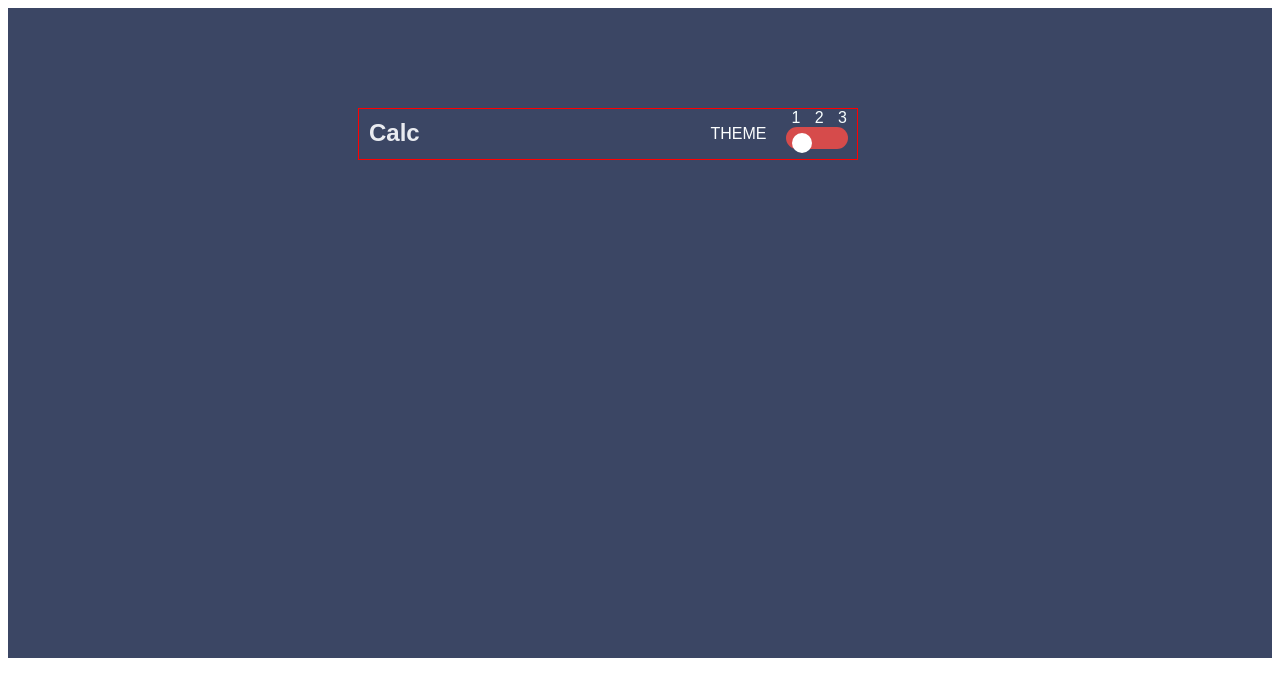
Repository: Bakyproit/Calcutor
Page: SimpleCalculatorApp.html
These files come from the project's save history. The page is drawn as it stood at one moment and after a run of saves; the edit follows.
The browser window is 1280 px wide. The pictures show the whole page.

Above is the page before, as saved 2022-02-09 15:44:55.

After the next 2 saves:
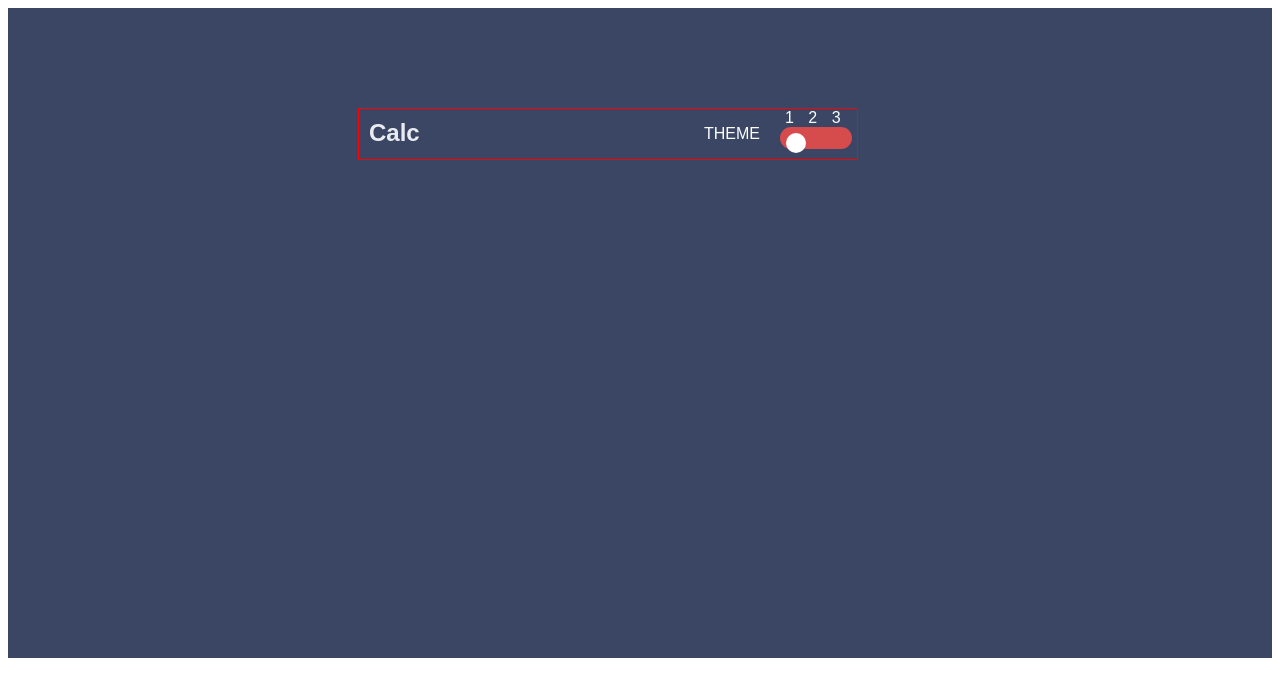
The 2 saves are shown as one change because they came seconds apart.
The last was saved 21 s later.
--- a/asset/App.css
+++ b/asset/App.css
@@ -66,7 +66,7 @@ h1{
     display: none;
 }
 .toggle__bar{
-    width: 50px;
+    width: 60px;
     height: 10px;
     background-color: rgb(214, 75, 75);
     border-radius: 5rem;
